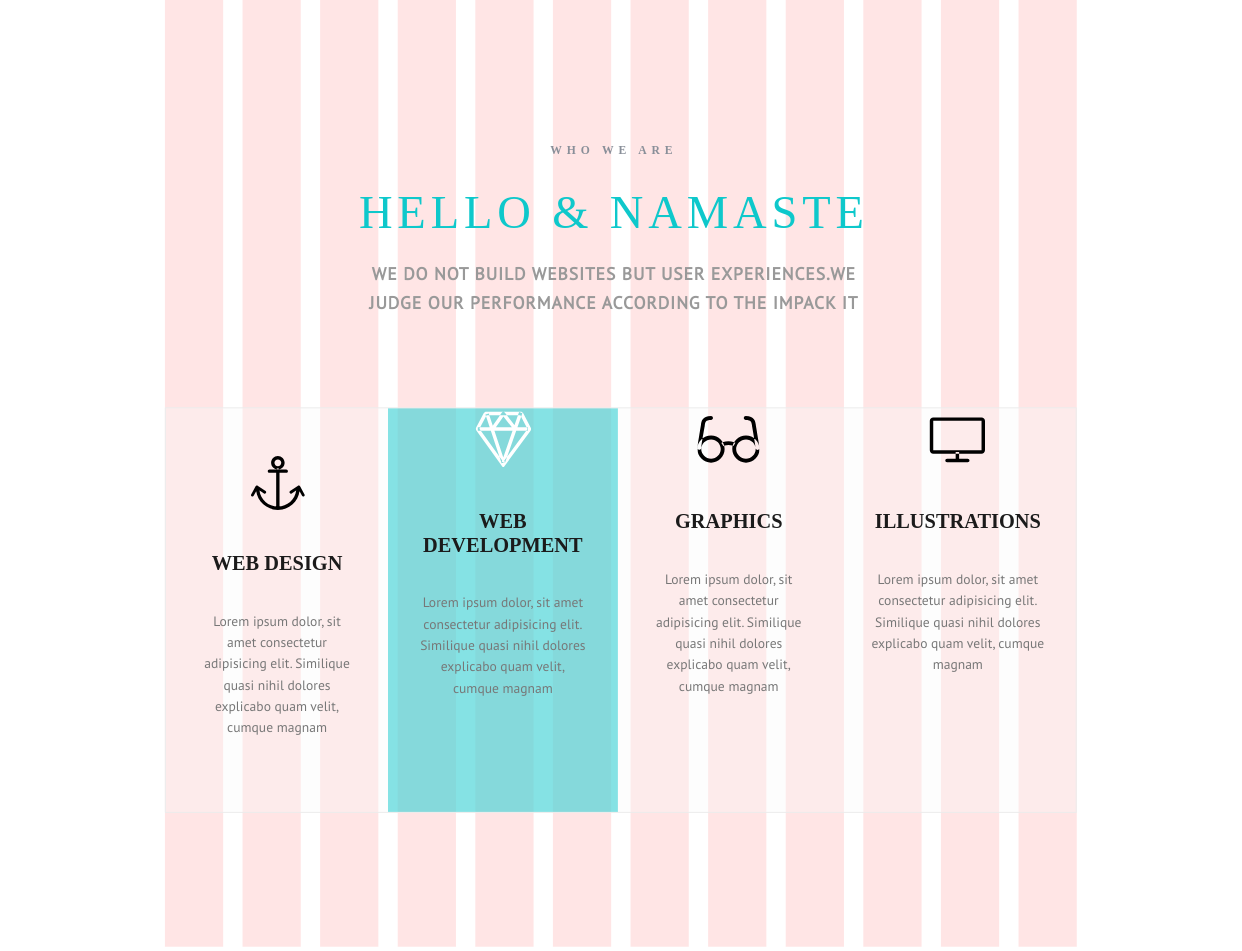
Repository: shpakovskaya/github.io
Page: boxsizing/namastegreen/index.html
These files come from the project's save history. The page is drawn as it stood at one moment and after the next save; the edit follows.
The browser window is 1280 px wide. The pictures show the whole page, at 97% of full size.
The pointer rests on the first visible `.c-wrapper__diamond`.

Above is the page before, as saved 2021-11-24 21:45:02.

### boxsizing/namastegreen/index.html
<!DOCTYPE html>
<html lang="en">
  <head>
    <meta charset="UTF-8" />
    <meta http-equiv="X-UA-Compatible" content="IE=edge" />
    <meta name="viewport" content="width=device-width, initial-scale=1.0" />
    <title>namaste_green</title>
    <link
      rel="stylesheet"
      href="https://cdnjs.cloudflare.com/ajax/libs/normalize/8.0.1/normalize.min.css"
      integrity="sha512-NhSC1YmyruXifcj/KFRWoC561YpHpc5Jtzgvbuzx5VozKpWvQ+4nXhPdFgmx8xqexRcpAglTj9sIBWINXa8x5w=="
      crossorigin="anonymous"
      referrerpolicy="no-referrer"
    />
    <link
      rel="shortcut icon"
      href="./free-icon-sahasrara-5937794.ico"
      type="image/x-icon"
    />
    <!-- Fonts -->
    <link rel="stylesheet" href="./montserrat/Montserrat-Regular.ttf" />
    <link rel="stylesheet" href="./montserrat/Montserrat-Bold.ttf" />
    <link rel="preconnect" href="https://fonts.googleapis.com" />
    <link rel="preconnect" href="https://fonts.gstatic.com" crossorigin />
    <link
      href="https://fonts.googleapis.com/css2?family=PT+Sans&display=swap"
      rel="stylesheet"
    />
    <link rel="stylesheet" href="./style.css" />
  </head>
  <body>
    <!-- Background -->
    <div class="conteiner">
      <img
        src="./img/1b0eb2e9-f134-46c9-915e-629d914347aa (1).png"
        alt="background"
      />
      <!-- Header -->
      <header class="header conteiner">
        <header class="header__wrapper">
          <h5 class="e-header__one">WHO WE ARE</h5>
          <h2 class="e-header__two">HELLO & NAMASTE</h2>
          <h4 class="e-header__three">
            WE DO NOT BUILD WEBSITES BUT USER EXPERIENCES.WE
            <br />JUDGE OUR PERFORMANCE ACCORDING TO THE IMPACK IT
          </h4>
        </header>
      </header>
      <!-- Main content -->
      <div class="wrapper">
        <!-- Anchor item -->
        <div class="c-wrapper__anchor">
          <div class="e-wrapper__anchor">
            <svg
              version="1.2"
              baseprofile="tiny-ps"
              xmlns="http://www.w3.org/2000/svg"
              viewbox="0 0 69 74"
              width="64"
              height="64"
            >
              <path
                id="Anchor"
                class="shp0"
                d="M35 70.19C21.76 70.19 10.62 60.29 9.08 47.16C8.95 46.06 9.73 45.07 10.83 44.94C11.92 44.8 12.92 45.59 13.05 46.69C14.35 57.81 23.79 66.19 35 66.19C46.19 66.19 55.63 57.82 56.95 46.73C57.08 45.63 58.07 44.84 59.17 44.98C60.27 45.11 61.06 46.1 60.92 47.2C59.36 60.31 48.22 70.19 35 70.19ZM35 69.68C33.89 69.68 33 68.79 33 67.68L33 22.56C33 21.45 33.89 20.56 35 20.56C36.1 20.56 37 21.45 37 22.56L37 67.68C37 68.79 36.1 69.68 35 69.68ZM35.03 9.94C37.27 9.94 39.09 11.76 39.09 14C39.09 16.24 37.27 18.06 35.03 18.06C32.79 18.06 30.97 16.24 30.97 14C30.97 11.76 32.79 9.94 35.03 9.94M35.03 5.94C30.58 5.94 26.97 9.55 26.97 14C26.97 18.45 30.58 22.06 35.03 22.06C39.48 22.06 43.09 18.45 43.09 14C43.09 9.55 39.48 5.94 35.03 5.94L35.03 5.94ZM59.4 45.16L51.49 50.54C50.81 50.97 49.89 50.95 49.48 50.25L49.07 49.8C48.67 49.1 48.89 48.18 49.57 47.74L58.67 41.6C58.68 41.59 58.69 41.58 58.7 41.57L59.32 41.17C59.66 40.95 60.05 40.9 60.4 40.99C60.76 41.07 61.09 41.3 61.29 41.65L61.66 42.28C61.67 42.3 61.66 42.31 61.67 42.32L66.81 51.78C67.22 52.48 67 53.39 66.32 53.83L65.75 54.05C65.07 54.48 64.23 54.09 63.82 53.39L59.4 45.16ZM6.18 53.39C5.77 54.09 4.93 54.48 4.25 54.05L3.68 53.83C3 53.39 2.78 52.48 3.19 51.78L8.33 42.32C8.34 42.31 8.33 42.3 8.34 42.28L8.71 41.65C8.91 41.3 9.24 41.07 9.6 40.99C9.95 40.9 10.34 40.95 10.68 41.17L11.3 41.57C11.31 41.58 11.32 41.59 11.33 41.6L20.43 47.74C21.11 48.18 21.33 49.1 20.93 49.8L20.52 50.25C20.11 50.95 19.19 50.97 18.51 50.54L10.6 45.16L6.18 53.39ZM25 22L45 22C46.1 22 47 22.89 47 24C47 25.1 46.1 26 45 26L25 26C23.9 26 23 25.1 23 24C23 22.89 23.9 22 25 22Z"
              />
            </svg>
          </div>
          <div class="title">
            <h4 class="title__anchor">WEB DESIGN</h4>
          </div>
          <div class="text__anchor">
            <span
              >Lorem ipsum dolor, sit amet consectetur adipisicing elit.
              Similique quasi nihil dolores explicabo quam velit, cumque magnam
            </span>
          </div>
        </div>
        <!-- Diamond item -->
        <div class="c-wrapper__diamond">
          <div class="e-wrapper__diamond">
            <svg
              version="1.2"
              baseprofile="tiny-ps"
              xmlns="http://www.w3.org/2000/svg"
              viewbox="0 0 74 72"
              width="66"
              height="64"
            >
              <path
                id="Diamond"
                class="shp0"
                d="M57.75 7.98L66.06 23.88L37.94 62.17L10.27 23.59L18.57 7.98L57.75 7.98M58.17 3.98L18.17 3.98C17.07 3.98 15.74 4.77 15.23 5.75L6.51 22.14C5.99 23.11 6.09 24.63 6.73 25.53L36.74 67.35C37.06 67.8 37.49 68.03 37.91 68.03C38.34 68.03 38.76 67.81 39.09 67.36L69.58 25.85C70.23 24.96 70.35 23.44 69.84 22.47L61.09 5.75C60.58 4.78 59.27 3.98 58.17 3.98L58.17 3.98ZM66.42 25.98L8.42 25.98L8.42 21.98L66.42 21.98L66.42 25.98ZM36.02 63.61L17.27 7.11L21.06 5.85L39.81 62.35L36.02 63.61ZM39.96 63.18L36.18 61.86L56.28 4.32L60.06 5.64L39.96 63.18ZM27.14 25.12L23.86 22.83L36.39 4.83C36.76 4.31 37.35 3.99 37.98 3.97C38.59 3.98 39.22 4.24 39.61 4.75L53.08 22.08L49.92 24.54L38.12 9.35L27.14 25.12Z"
              />
            </svg>
          </div>
          <div class="title">
            <h4 class="title__diamond">WEB DEVELOPMENT</h4>
          </div>
          <div class="text__diamond">
            <span
              >Lorem ipsum dolor, sit amet consectetur adipisicing elit.
              Similique quasi nihil dolores explicabo quam velit, cumque magnam
            </span>
          </div>
        </div>
        <!-- Eyeglasses item -->
        <div class="c-wrapper__eyeglasses">
          <div class="e-wrapper__eyeglasses">
            <svg
              version="1.2"
              baseprofile="tiny-ps"
              xmlns="http://www.w3.org/2000/svg"
              viewbox="0 0 64 48"
              width="64"
              height="64"
            >
              <path
                id="Eyeglasses"
                class="shp0"
                d="M1.91 34.69C1.86 34.69 1.81 34.69 1.77 34.69C0.66 34.61 -0.17 33.65 -0.09 32.55C-0.03 31.68 3.03 12.72 3.54 9.66C3.59 9.37 3.62 9.06 3.67 8.73C4.06 5.65 4.79 -0.06 14.01 -0.06C15.12 -0.06 16.01 0.83 16.01 1.94C16.01 3.04 15.12 3.94 14.01 3.94C8.31 3.94 8.01 6.28 7.63 9.24C7.59 9.62 7.54 9.98 7.48 10.32C7.09 12.7 4.32 26.99 3.9 32.83C3.83 33.89 2.95 34.69 1.91 34.69ZM62.09 34.82C61.05 34.82 59.97 34.01 59.9 32.96C59.48 27.12 56.71 12.7 56.32 10.32C56.26 9.98 56.21 9.62 56.17 9.24C55.79 6.28 55.49 3.94 49.79 3.94C48.69 3.94 47.79 3.04 47.79 1.94C47.79 0.83 48.69 -0.06 49.79 -0.06C59.01 -0.06 59.74 5.65 60.13 8.73C60.18 9.06 60.21 9.37 60.26 9.66C60.77 12.72 64.03 31.81 64.09 32.67C64.17 33.78 63.34 34.73 62.23 34.81C62.19 34.82 62.14 34.82 62.09 34.82ZM14.08 24.02C19.58 24.02 24.04 28.48 24.04 33.98C24.04 39.47 19.58 43.94 14.08 43.94C8.57 43.94 3.92 39.38 3.92 33.98C3.92 28.58 8.57 24.02 14.08 24.02M14.08 20.02C6.37 20.02 -0.08 26.27 -0.08 33.98C-0.08 41.69 6.37 47.94 14.08 47.94C21.79 47.94 28.04 41.69 28.04 33.98C28.04 26.27 21.79 20.02 14.08 20.02L14.08 20.02ZM50.08 24.02C55.57 24.02 60.04 28.48 60.04 33.98C60.04 39.47 55.57 43.94 50.08 43.94C44.57 43.94 39.91 39.38 39.91 33.98C39.91 28.58 44.57 24.02 50.08 24.02M50.08 20.02C42.37 20.02 35.91 26.27 35.91 33.98C35.91 41.69 42.37 47.94 50.08 47.94C57.79 47.94 64.04 41.69 64.04 33.98C64.04 26.27 57.79 20.02 50.08 20.02L50.08 20.02ZM26.87 30.96L24.69 27.6C24.97 27.42 27.51 25.83 31.98 25.83C36.25 25.83 38.86 27.23 39.15 27.39L37.18 30.88C37.18 30.88 35.21 29.83 31.98 29.83C28.71 29.83 26.89 30.94 26.87 30.96Z"
              />
            </svg>
          </div>
          <div class="title">
            <h4 class="title__eyeglasses">GRAPHICS</h4>
          </div>
          <div class="text__eyeglasses">
            <span
              >Lorem ipsum dolor, sit amet consectetur adipisicing elit.
              Similique quasi nihil dolores explicabo quam velit, cumque magnam
            </span>
          </div>
        </div>
        <!-- Monitor item -->
        <div class="c-wrapper__monitor">
          <div class="e-wrapper__monitor">
            <svg
              version="1.2"
              baseprofile="tiny-ps"
              xmlns="http://www.w3.org/2000/svg"
              viewbox="0 0 72 65"
              width="64"
              height="64"
            >
              <path
                id="Monitor"
                class="shp0"
                d="M64 10.98L64 44.99L8 44.99L8 10.98L64 10.98M64 6.98L8 6.98C5.8 6.98 4 8.78 4 10.98L4 44.99C4 47.19 5.8 48.99 8 48.99L64 48.99C66.2 48.99 68 47.19 68 44.99L68 10.98C68 8.78 66.2 6.98 64 6.98L64 6.98ZM38 47L38 55L48 55C49.1 55 50 55.9 50 57C50 58.1 49.1 59 48 59L24 59C22.9 59 22 58.1 22 57C22 55.9 22.9 55 24 55L34 55L34 47L38 47Z"
              />
            </svg>
          </div>
          <div class="title">
            <h4 class="title__monitor">ILLUSTRATIONS</h4>
          </div>
          <div class="text__monitor">
            <span
              >Lorem ipsum dolor, sit amet consectetur adipisicing elit.
              Similique quasi nihil dolores explicabo quam velit, cumque magnam
            </span>
          </div>
        </div>
      </div>
    </div>
  </body>
</html>

### boxsizing/namastegreen/style.css
* {
  margin: 0;
  padding: 0;
  box-sizing: border-box;
}

.conteiner {
  max-width: 1280px;
  max-height: 976px;
  position: relative;
}

/* Header */
.header {
  position: absolute;
  top: 0px;
  left: 370px;
}

.header__wrapper {
  margin-top: 140px;
  text-align: center;
  line-height: 30px;
  /* display: flex;
  flex-direction: column; */
  /* justify-content: center; */
}
.e-header__one {
  font-size: 12px;
  font-family: "Montserrat";

  color: #898f99;
  letter-spacing: 5px;
  margin-bottom: 34px;
}

.e-header__two {
  font-size: 48px;
  font-family: "Montserrat";
  color: #0ec8cb;
  margin-bottom: 34px;
  letter-spacing: 5px;
  font-weight: 400;
}

.e-header__three {
  font-size: 18px;
  letter-spacing: 1px;
  color: #999999;
  font-family: "PT Sans";
}

/* Items */
.wrapper {
  position: absolute;
  top: 420px;
  left: 170px;
  display: flex;
  flex-direction: row;
  text-align: center;
  max-width: 940px;
  min-height: 418px;
  background-color: rgba(247, 247, 247, 0.3);
  border: 1px solid #ececec;
}

.c-wrapper__anchor {
  display: inline-block;
  align-content: center;
}

/* Title */
.title {
  color: #1b1b1b;
  margin: 36px;
  font-size: 21px;
  font-family: "Montserrat";
}

/* Text */
.text__diamond,
.text__anchor,
.text__eyeglasses,
.text__monitor {
  margin: 32px;
  color: #777777;
  font-size: 14px;
  line-height: 22px;
  font-family: "PT Sans";
  font-weight: 400;
}

/* Items hover */
.c-wrapper__anchor:hover {
  background: rgba(14, 200, 203, 0.5);
  color: white;
  fill: white;
}

.c-wrapper__diamond:hover {
  background: rgba(14, 200, 203, 0.5);
  color: white;
  fill: white;
}

.c-wrapper__eyeglasses:hover {
  background: rgba(14, 200, 203, 0.5);
  color: white;
  fill: white;
}

.c-wrapper__monitor:hover {
  background: rgba(14, 200, 203, 0.5);
  color: white;
  fill: white;
}

After the next save:
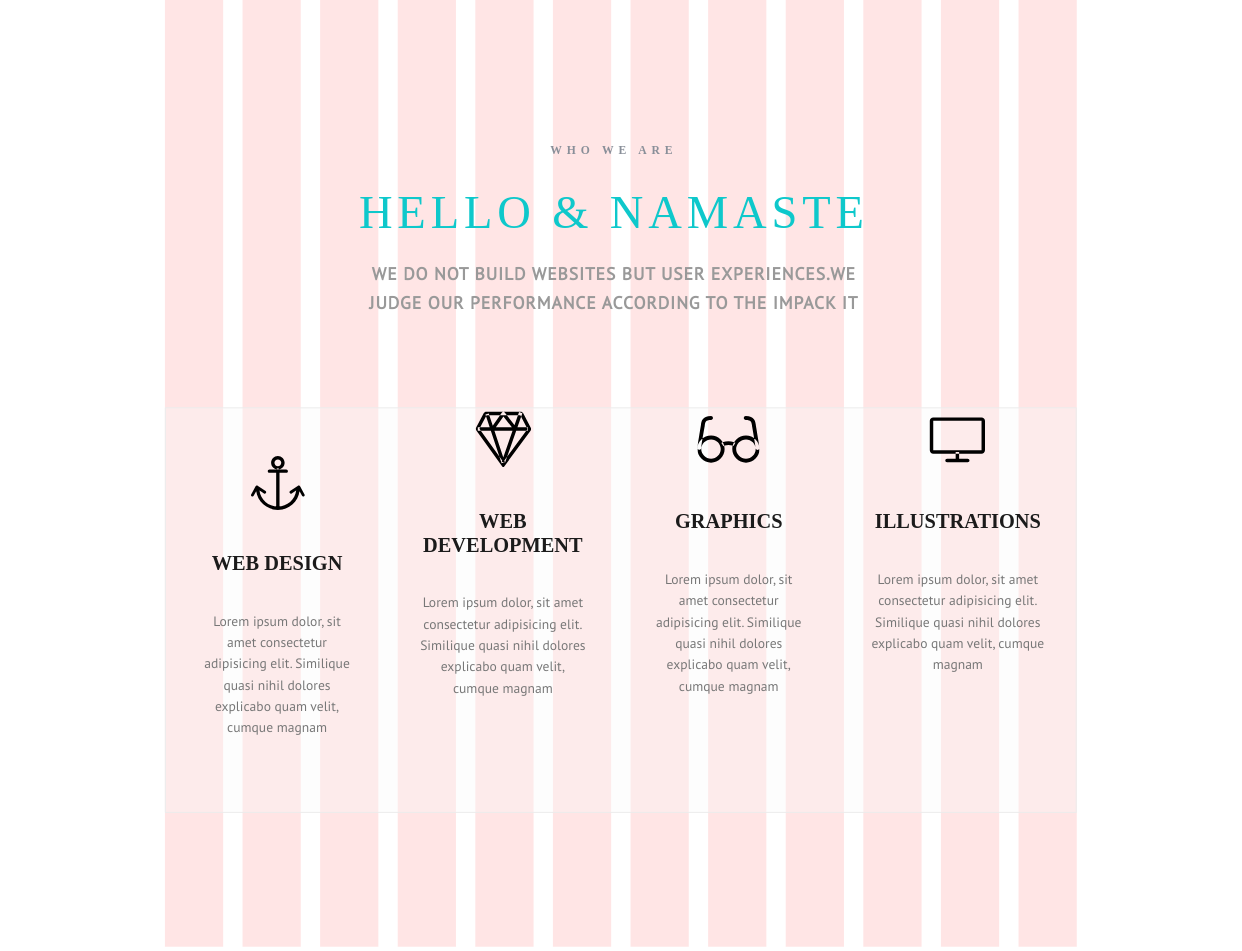
Saved 6 min 54 s later.
--- a/boxsizing/namastegreen/style.css
+++ b/boxsizing/namastegreen/style.css
@@ -96,8 +96,7 @@
   color: white;
   fill: white;
 }
-
-.c-wrapper__diamond:hover {
+.c-wrapper__anchor:hover .c-wrapper__diamond:hover {
   background: rgba(14, 200, 203, 0.5);
   color: white;
   fill: white;
